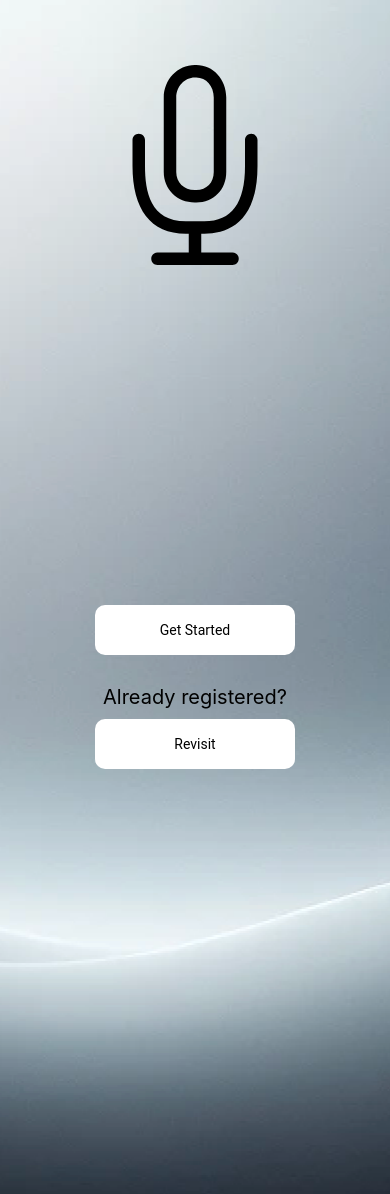
Repository: mortiestmorty1/recordings-app
Screen: / (app in frontend/)
An editor plug-in stored every save of this project. The screen is shown before and after the next save, followed by the edit.
The app was drawn by React Native's web renderer in a window 390 px wide. The project was rebuilt for these pictures with package versions that can differ from the ones it lists, and the page was loaded fresh each time. Also part of the build but not shown: frontend/components/registerUser.js.

Above is the screen before, as saved 2024-03-08 01:03:36.

After the next save:
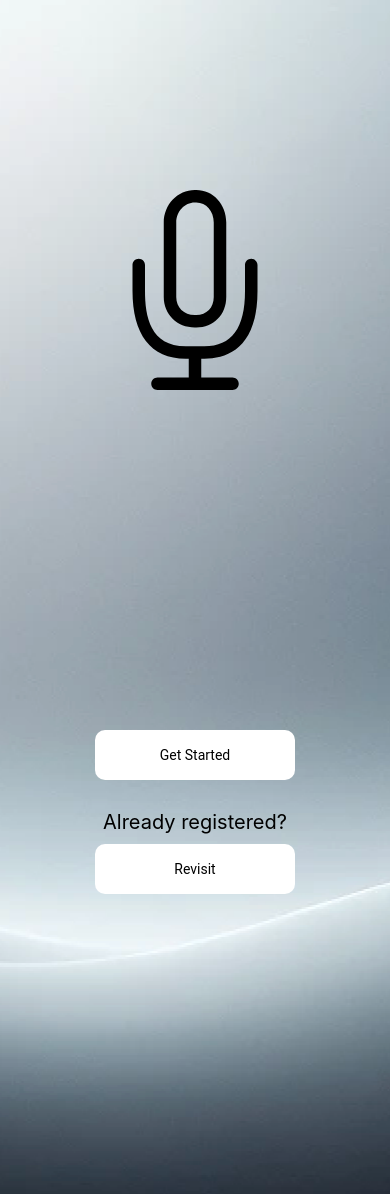
Saved 8 s later.
--- a/frontend/components/firstscreen.js
+++ b/frontend/components/firstscreen.js
@@ -52,7 +52,7 @@ const styles = StyleSheet.create({
   content: {
     justifyContent: 'center',
     alignItems: 'center',
-    marginTop: 250,
+    top: 250,
   },
   btn1: {
     width: 200,
